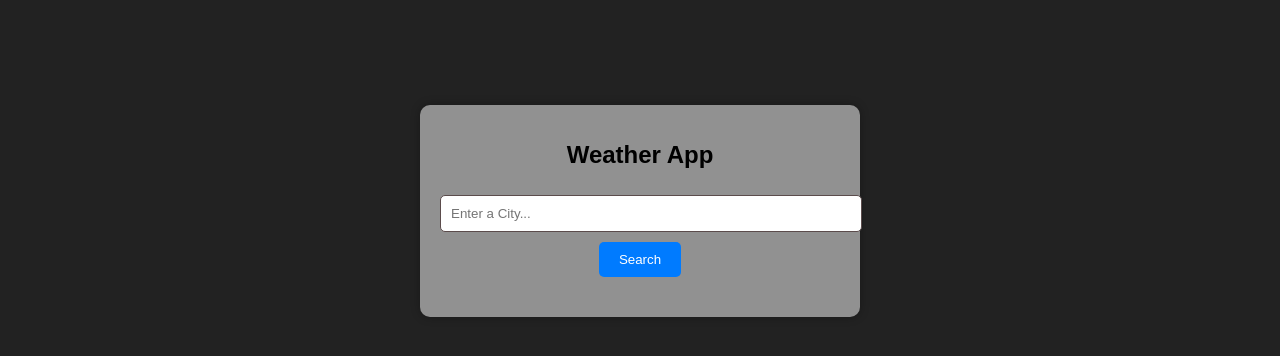
Repository: Dharshinimk-521/weather-app
Page: index.html
An editor plug-in stored every save of this project. The page is shown before and after the next save, followed by the edit.
The browser window is 1280 px wide. The pictures show the whole page.

Above is the page before, as saved 2026-04-18 17:23:12.

After the next save:
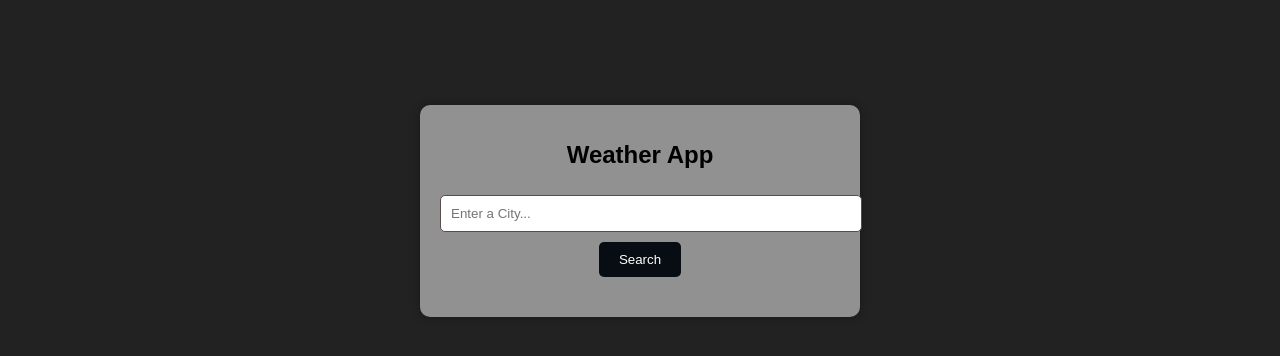
Saved 25 s later.
--- a/style.css
+++ b/style.css
@@ -27,7 +27,7 @@ input[type="text"] {
 }
 
 button {
-    background-color: #007BFF;
+    background-color: #070d12;
     color: #fff;
     border: none;
     padding: 10px 20px;
